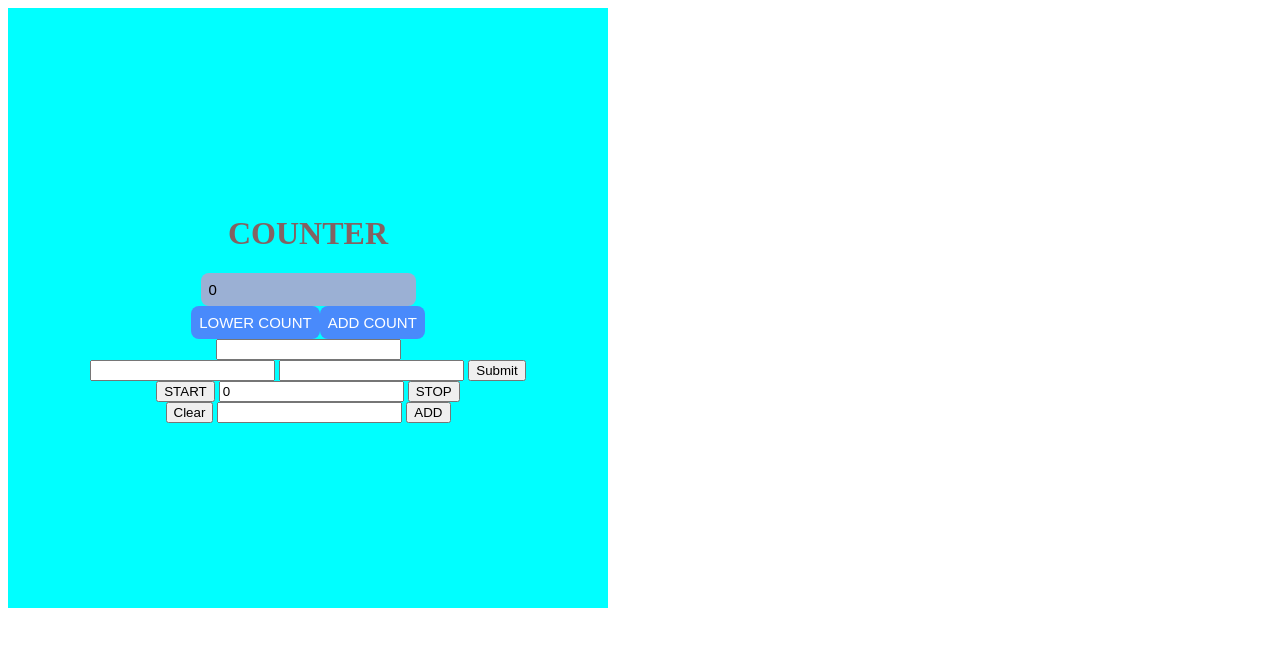
Repository: sedashahnazaryan/Caunter
Page: index.html
These files come from the project's save history. The page is drawn as it stood at one moment and after the next save; the edit follows.
The browser window is 1280 px wide. The pictures show the whole page.

Above is the page before, as saved 2022-02-15 01:26:35.

After the next save:
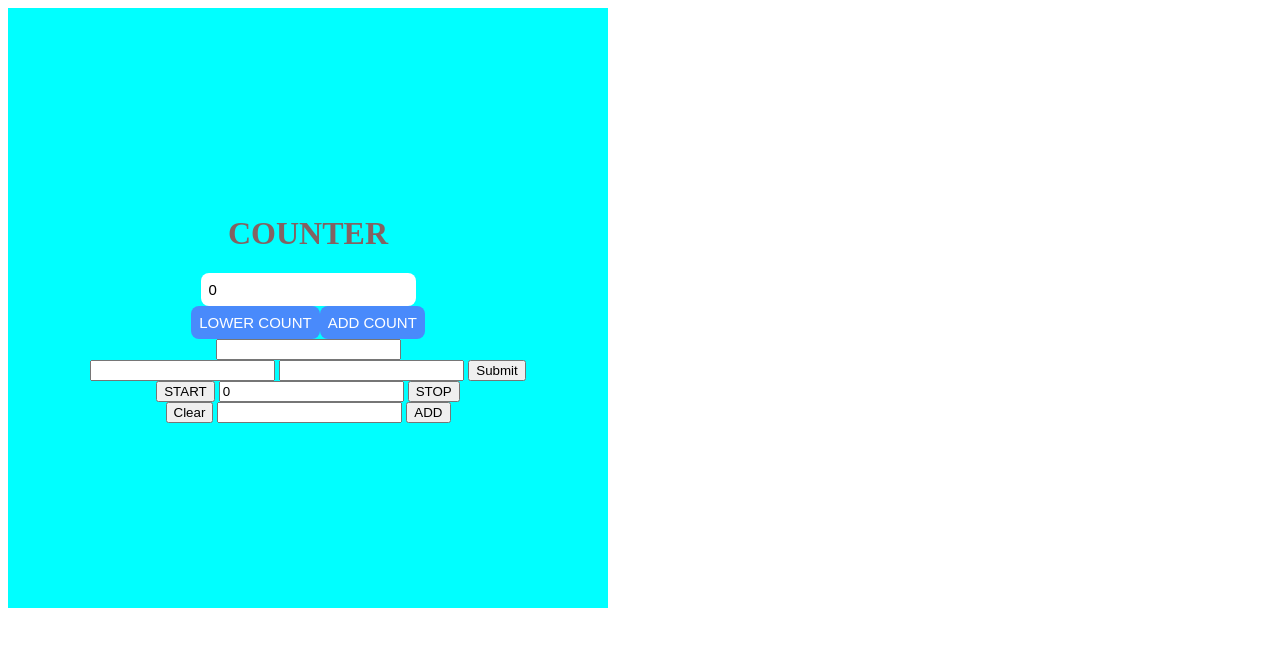
Saved 15 s later.
--- a/index.css
+++ b/index.css
@@ -43,8 +43,7 @@
     font-size: 15px;
     cursor: pointer; */
 
-           #input{
-        background-color: #9bb0d4;
+           #input{#9bb0d4;
         /* color: white; */
         padding: 8px;
         border-radius: 8px;

After the save that followed:
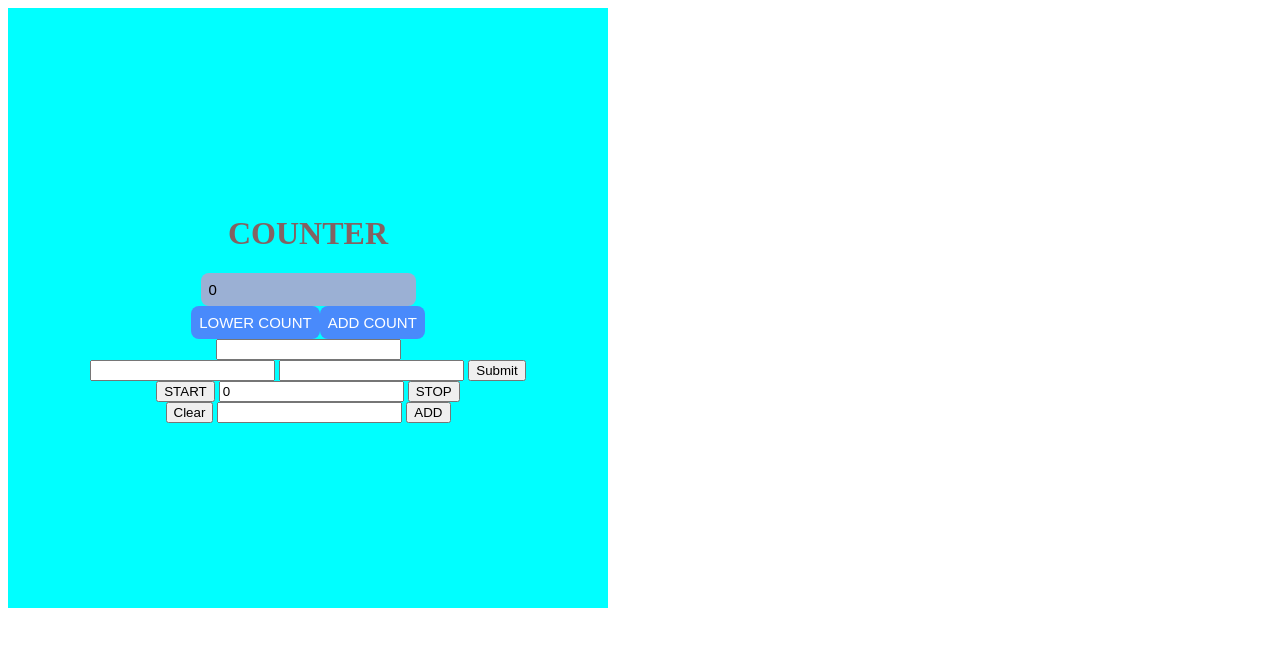
Saved 4 s later.
--- a/index.css
+++ b/index.css
@@ -43,7 +43,8 @@
     font-size: 15px;
     cursor: pointer; */
 
-           #input{#9bb0d4;
+           #input{
+        background-color: #9bb0d4;
         /* color: white; */
         padding: 8px;
         border-radius: 8px;
